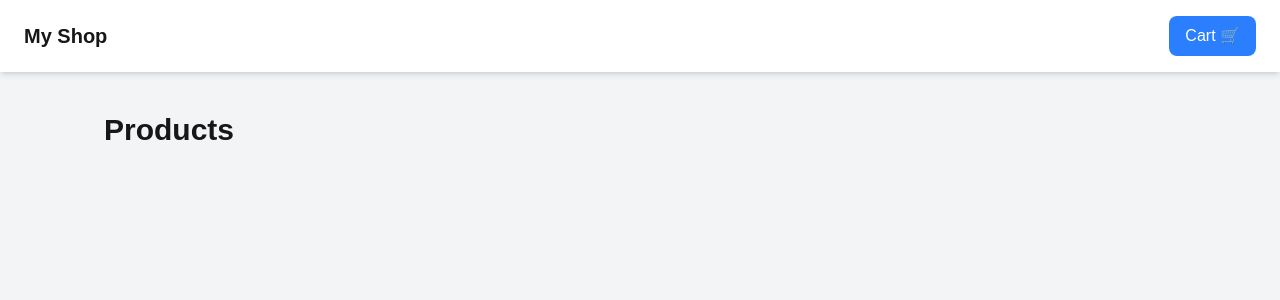
Repository: dipto230/nexist-task
Page: / (app in frontend/)
An editor plug-in stored every save of this project. The page is shown before and after the next save, followed by the edit.
The browser window is 1280 px wide. The pictures show the whole page.
The page's requests for data from a server got no answer. The project was rebuilt for these pictures with package versions that can differ from the ones it lists, and the page was loaded fresh each time. The framework's server and built-in components were replaced by stand-ins that run in the browser. No one was signed in, and anything a server would have sent is missing. Also part of the build but not shown: frontend/next.config.ts.

Above is the page before, as saved 2026-04-30 03:34:00.

### frontend/src/app/layout.tsx
import type { Metadata } from "next";
import { Geist, Geist_Mono } from "next/font/google";
import "./globals.css";
import Providers from "./providers";

const geistSans = Geist({
  variable: "--font-geist-sans",
  subsets: ["latin"],
});

const geistMono = Geist_Mono({
  variable: "--font-geist-mono",
  subsets: ["latin"],
});

export const metadata: Metadata = {
  title: "Create Next App",
  description: "Generated by create next app",
};

export default function RootLayout({
  children,
}: Readonly<{
  children: React.ReactNode;
}>) {
  return (
    <html
      lang="en"
      className={`${geistSans.variable} ${geistMono.variable} h-full antialiased`}
    >
      <body className="min-h-full flex flex-col">
        <Providers>
          {children}
          </Providers>
      </body>
    </html>
  );
}

### frontend/src/app/page.tsx
import ProductList from "@/components/ProductList";
import Navbar from "@/components/Navbar";

export default function Home() {
  return (
    <div className="min-h-screen bg-gray-100">
      <Navbar />

      <div className="p-10 max-w-6xl mx-auto">
        <ProductList />
      </div>
    </div>
  );
}

### frontend/src/app/providers.tsx
"use client";

import { Provider } from "react-redux";
import { store } from "@/redux/store";
import { Toaster } from "react-hot-toast";

export default function Providers({
  children,
}: {
  children: React.ReactNode;
}) {
  return (
    <Provider store={store}>
      {children}
      <Toaster
        position="top-center"
        toastOptions={{
          duration: 2000,
          style: {
            background: "#333",
            color: "#fff",
          },
        }}
      />
    </Provider>
  );
}

### frontend/src/components/ProductList.tsx
"use client";

import { useEffect, useState, useRef } from "react";
import { useDispatch, useSelector } from "react-redux";
import { addItem } from "@/redux/features/cartSlice";
import { RootState } from "@/redux/store";
import toast from "react-hot-toast";
import gsap from "gsap";

export default function ProductList() {
  const [products, setProducts] = useState<any[]>([]);
  const dispatch = useDispatch();
  const cartItems = useSelector((state: RootState) => state.cart.items);

  const containerRef = useRef<HTMLDivElement>(null);

  useEffect(() => {
    fetch("http://localhost:5000/api/products")
      .then((res) => res.json())
      .then((data) => setProducts(data.data));
  }, []);

  useEffect(() => {
    if (products.length > 0) {
      gsap.fromTo(
        ".card",
        { opacity: 0, y: 50, scale: 0.9 },
        {
          opacity: 1,
          y: 0,
          scale: 1,
          duration: 0.6,
          stagger: 0.1,
          ease: "power3.out",
        }
      );
    }
  }, [products]);

  return (
    <div className="w-full">
      <h2 className="text-3xl font-bold mb-6">Products</h2>

      <div
        ref={containerRef}
        className="grid grid-cols-1 sm:grid-cols-2 md:grid-cols-3 lg:grid-cols-4 gap-6"
      >
        {products.map((p) => {
          const exists = cartItems.find(
            (item) => item.productId === p.id
          );

          return (
            <div
              key={p.id}
              className="card bg-white p-5 rounded-2xl shadow-md hover:shadow-2xl transition transform hover:-translate-y-1"
            >

              <img
                src={p.image}
                alt={p.name}
                className="w-full h-40 object-cover rounded-lg mb-3"
              />

              <h4 className="text-lg font-semibold">{p.name}</h4>
              <p className="text-gray-500 mb-3">৳ {p.price}</p>

              <button
                className={`w-full py-2 rounded-lg text-white font-medium transition ${
                  exists
                    ? "bg-gray-400 cursor-not-allowed"
                    : "bg-blue-500 hover:bg-blue-600"
                }`}
                onClick={() => {
                  if (exists) {
                    toast.error("Already added ❌");
                    return;
                  }

                  dispatch(
                    addItem({
                      id: Date.now().toString(),
                      productId: p.id,
                      name: p.name,
                      price: p.price,
                      image: p.image,
                    })
                  );

                  toast.success("Added to cart ✅");
                }}
              >
                {exists ? "Added" : "Add to Cart"}
              </button>
            </div>
          );
        })}
      </div>
    </div>
  );
}

### frontend/src/components/Navbar.tsx
"use client";

import { useSelector } from "react-redux";
import { RootState } from "@/redux/store";
import { useRouter } from "next/navigation";

export default function Navbar() {
  const cartItems = useSelector((state: RootState) => state.cart.items);
  const router = useRouter();

  return (
    <div className="bg-white shadow-md px-6 py-4 flex justify-between items-center">
      <h1 className="text-xl font-bold">My Shop</h1>

      <button
        onClick={() => router.push("/cart")}
        className="relative bg-blue-500 text-white px-4 py-2 rounded-lg"
      >
        Cart 🛒

        {cartItems.length > 0 && (
          <span className="absolute -top-2 -right-2 bg-red-500 text-xs px-2 py-1 rounded-full">
            {cartItems.length}
          </span>
        )}
      </button>
    </div>
  );
}

### frontend/src/redux/store.ts
import { configureStore } from "@reduxjs/toolkit";
import cartReducer from "./features/cartSlice";

export const store = configureStore({
  reducer: {
    cart: cartReducer,
  },
});

export type RootState = ReturnType<typeof store.getState>;
export type AppDispatch = typeof store.dispatch;

### frontend/src/redux/features/cartSlice.ts
import { createSlice, PayloadAction } from "@reduxjs/toolkit";

export interface CartItem {
  id: string;
  productId: string;
  name: string;
  price: number;
  image?: string;
}

interface CartState {
  items: CartItem[];
}


const loadCart = (): CartItem[] => {
  if (typeof window === "undefined") return [];
  try {
    const data = localStorage.getItem("cart");
    return data ? JSON.parse(data) : [];
  } catch {
    return [];
  }
};

const initialState: CartState = {
  items: loadCart(),
};

const cartSlice = createSlice({
  name: "cart",
  initialState,
  reducers: {
    addItem(state, action: PayloadAction<CartItem>) {
      const exists = state.items.find(
        (item) => item.productId === action.payload.productId
      );

      if (!exists) {
        state.items.push(action.payload);
        localStorage.setItem("cart", JSON.stringify(state.items));
      }
    },

    removeItem(state, action: PayloadAction<string>) {
      state.items = state.items.filter(
        (item) => item.id !== action.payload
      );
      localStorage.setItem("cart", JSON.stringify(state.items));
    },

    clearCart(state) {
      state.items = [];
      localStorage.removeItem("cart");
    },
  },
});

export const { addItem, removeItem, clearCart } = cartSlice.actions;
export default cartSlice.reducer;

Loaded but not shown: frontend/src/app/globals.css (common file)

After the next save:
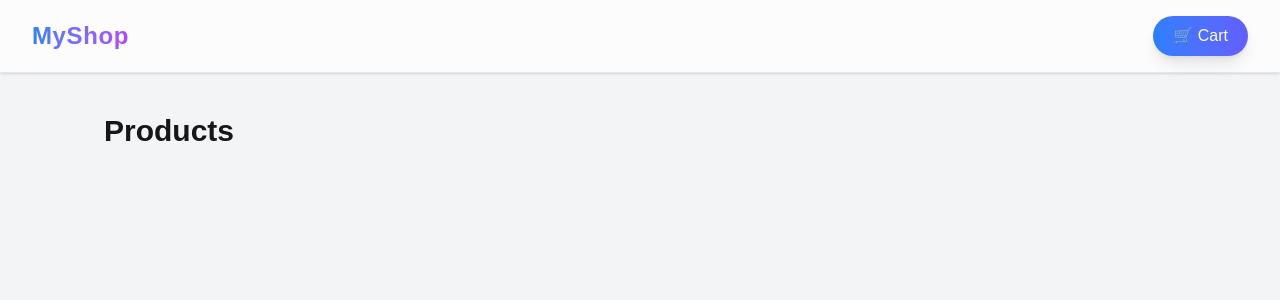
Saved 2 min 4 s later.
--- a/frontend/src/components/Navbar.tsx
+++ b/frontend/src/components/Navbar.tsx
@@ -3,23 +3,43 @@
 import { useSelector } from "react-redux";
 import { RootState } from "@/redux/store";
 import { useRouter } from "next/navigation";
+import { useEffect, useRef } from "react";
+import gsap from "gsap";
 
 export default function Navbar() {
   const cartItems = useSelector((state: RootState) => state.cart.items);
   const router = useRouter();
+  const navRef = useRef<HTMLDivElement>(null);
+
+  // 🔥 GSAP entry animation
+  useEffect(() => {
+    gsap.fromTo(
+      navRef.current,
+      { y: -80, opacity: 0 },
+      { y: 0, opacity: 1, duration: 0.8, ease: "power3.out" }
+    );
+  }, []);
 
   return (
-    <div className="bg-white shadow-md px-6 py-4 flex justify-between items-center">
-      <h1 className="text-xl font-bold">My Shop</h1>
+    <div
+      ref={navRef}
+      className="sticky top-0 z-50 backdrop-blur-lg bg-white/70 border-b border-gray-200 px-8 py-4 flex justify-between items-center shadow-sm"
+    >
+      {/* Logo */}
+      <h1 className="text-2xl font-extrabold tracking-wide bg-gradient-to-r from-blue-500 to-purple-500 bg-clip-text text-transparent">
+        MyShop
+      </h1>
 
+      {/* Cart Button */}
       <button
         onClick={() => router.push("/cart")}
-        className="relative bg-blue-500 text-white px-4 py-2 rounded-lg"
+        className="relative flex items-center gap-2 bg-gradient-to-r from-blue-500 to-indigo-500 text-white px-5 py-2 rounded-full shadow-lg hover:scale-105 active:scale-95 transition"
       >
-        Cart 🛒
+        🛒 Cart
 
+        {/* Badge */}
         {cartItems.length > 0 && (
-          <span className="absolute -top-2 -right-2 bg-red-500 text-xs px-2 py-1 rounded-full">
+          <span className="absolute -top-2 -right-2 bg-red-500 text-xs px-2 py-1 rounded-full shadow">
             {cartItems.length}
           </span>
         )}
